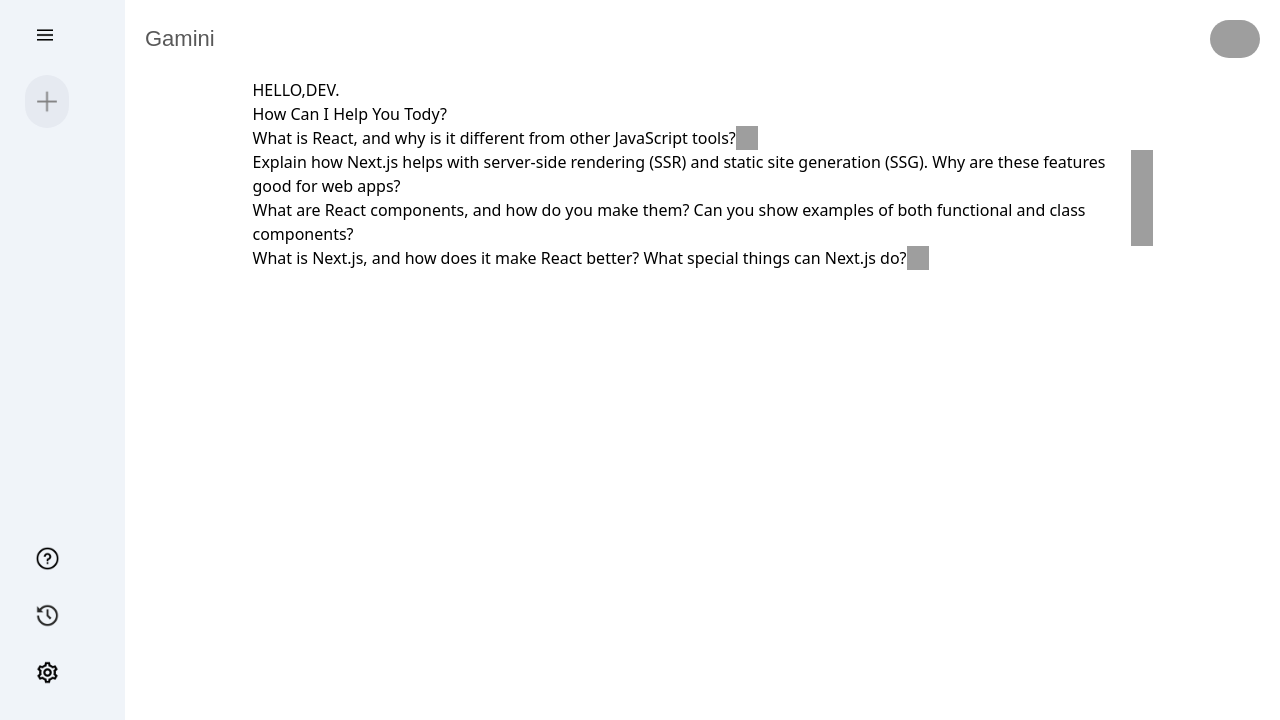
Repository: VilokMasuti/Gamini
Page: / (app in gamini/)
An editor plug-in stored every save of this project. The page is shown before and after the next save, followed by the edit.
The browser window is 1280 px wide. The pictures show the whole page.
Pictures or frames that could not be fetched are drawn as grey boxes. The project was rebuilt for these pictures with package versions that can differ from the ones it lists, and the page was loaded fresh each time. Also part of the build but not shown: gamini/vite.config.js.

Above is the page before, as saved 2024-03-19 11:25:46.

### gamini/src/App.jsx
import Main from "./Components/Main/Main";
import SideBar from "./Components/Sidebar/SideBar";

function App() {
  return (
    <div className=" flex">
      <SideBar />
      <Main />
    </div>
  );
}

export default App;

### gamini/src/index.css
@tailwind base;
@tailwind components;
@tailwind utilities;

@import url("https://fonts.googleapis.com/css2?family=Outfit&display=swap");

/* Define a CSS class for applying the font-family */
.font-outfit {
  font-family: "Outfit", sans-serif; /* Include a fallback font */
}

### gamini/src/Components/Main/Main.jsx
import { assets } from "../../assets/assets";
import "../../index.css";
import { card } from "../../utils";
const Main = () => {
  return (
    <div className=" main flex-1 max-h-[100vh] pb-[15vh] relative">
      <div className=" nav  p-[20px] items-center flex justify-between text-[#585858]  font-outfit ">
        <p className=" text-[22px]">Gamini </p>
        <img
          className=" rounded-full"
          src={assets.user_icon}
          alt="icon"
          width={50}
          height={50}
        />
      </div>
      <div className=" max-w-[900px] m-auto">
        <div className="greet">
          <p>
            <span> HELLO,DEV.</span>{" "}
          </p>
          <p>How Can I Help You Tody? </p>
        </div>

        {card.map(item => (
          <>
            <div key={item} className=" flex">
              <p> {item.p} </p>
              <img src={item.img} alt="img" width={22} height={22} />
            </div>
          </>
        ))}
      </div>
    </div>
  );
};

export default Main;

### gamini/src/Components/Sidebar/SideBar.jsx
import { useState } from "react";
import { assets } from "../../assets/assets";
import "../../index.css";

const SideBar = () => {
  const [extended, setExtended] = useState(false);
  return (
    <main className="  max-md:hidden  sidebar min-h-[100vh]  flex-col justify-between bg-[#f0f4f9] inline-flex p-[25px]   font-outfit ">
      <div className="top">
        <img
          onClick={() => setExtended(pre => !pre)}
          className=" block ml-[10px] cursor-pointer"
          width={20}
          height={21}
          src={assets.menu_icon}
          alt="menu"
        ></img>
        <div className="new-chat mt-[30px] inline-flex items-center gap-10 bg-[#e6eaf1]   rounded-full p-3 font-semibold text-gray-400 cursor-pointer">
          <img src={assets.plus_icon} width={20} height={21} alt="alt" />
          {extended ? <p>New Chat</p> : null}
        </div>
        {extended ? (
          <div className="recent flex flex-col">
            <p className="mt-[30px] mb-[20px]">Recent</p>
            <div className=" flex text-start gap-[10px] p-[10px] pr-[40px] rounded-md  text-[#282828] cursor-pointer hover:bg-[#e2e6eb] duration-1000">
              <img
                className=" rounded-md"
                src={assets.message_icon}
                alt="resct"
                width={20}
                height={21}
              />
              <p> What is react... </p>
            </div>
          </div>
        ) : null}
      </div>
      <div className="bottom  flex flex-col gap-3">
        <div className=" flex gap-3 rounded-md  text-[#282828] cursor-pointer hover:bg-[#e2e6eb] duration-1000  p-[10px] pr-[40px] ">
          <img src={assets.question_icon} width={25} height={25} alt="q" />
          {extended ? <p>Help</p> : null}
        </div>
        <div className=" flex gap-3 rounded-md  text-[#282828] cursor-pointer hover:bg-[#e2e6eb] duration-1000  p-[10px] pr-[40px] ">
          <img src={assets.history_icon} width={25} height={25} alt="q" />
          {extended ? <p>Activity</p> : null}
        </div>
        <div className=" flex gap-3 rounded-md  text-[#282828] cursor-pointer hover:bg-[#e2e6eb] duration-1000  p-[10px] pr-[40px] ">
          <img src={assets.setting_icon} width={25} height={25} alt="q" />
          {extended ? <p>settings</p> : null}
        </div>
      </div>
    </main>
  );
};

export default SideBar;

### gamini/src/assets/assets.js
import history_icon from './history_icon.png'
import menu_icon from './menu_icon.png'
import plus_icon from './plus_icon.png'
import question_icon from './question_icon.png'
import setting_icon from './setting_icon.png'
import bulb_icon from './bulb_icon.png'
import compass_icon from './compass_icon.png'
import gallery_icon from './gallery_icon.png'
import mic_icon from './mic_icon.png'
import user_icon from './user_icon.png'
import youtube_icon from './youtube_icon.png'
import message_icon from './message_icon.png'
import code_icon from './code_icon.png'
import send_icon from './send_icon.png'
import gemini_icon from './gemini_icon.png'

export const assets = {
    history_icon,
    menu_icon,
    plus_icon,
    question_icon,
    setting_icon,
    bulb_icon,
    compass_icon,
    gallery_icon,
    mic_icon,
    user_icon,
    youtube_icon,
    message_icon,
    code_icon,
    send_icon,
    gemini_icon
}

### gamini/src/utils/index.js
export const card = [
  {
    p: "What is React, and why is it different from other JavaScript tools?",
    img: "../assets/compass_icon.png",
  },
  {
    p: "Explain how Next.js helps with server-side rendering (SSR) and static site generation (SSG). Why are these features good for web apps?",
    img: "../assets/compass_icon.png",
  },
  {
    p: "What are React components, and how do you make them? Can you show examples of both functional and class components?",
    img: "../assets/compass_icon.png",
  },
  {
    p: "What is Next.js, and how does it make React better? What special things can Next.js do?",
    img: "../assets/compass_icon.png",
  },
];

Loaded but not shown: gamini/index.html (common file); gamini/src/main.jsx (common file); gamini/tailwind.config.js (common file)

After the next save:
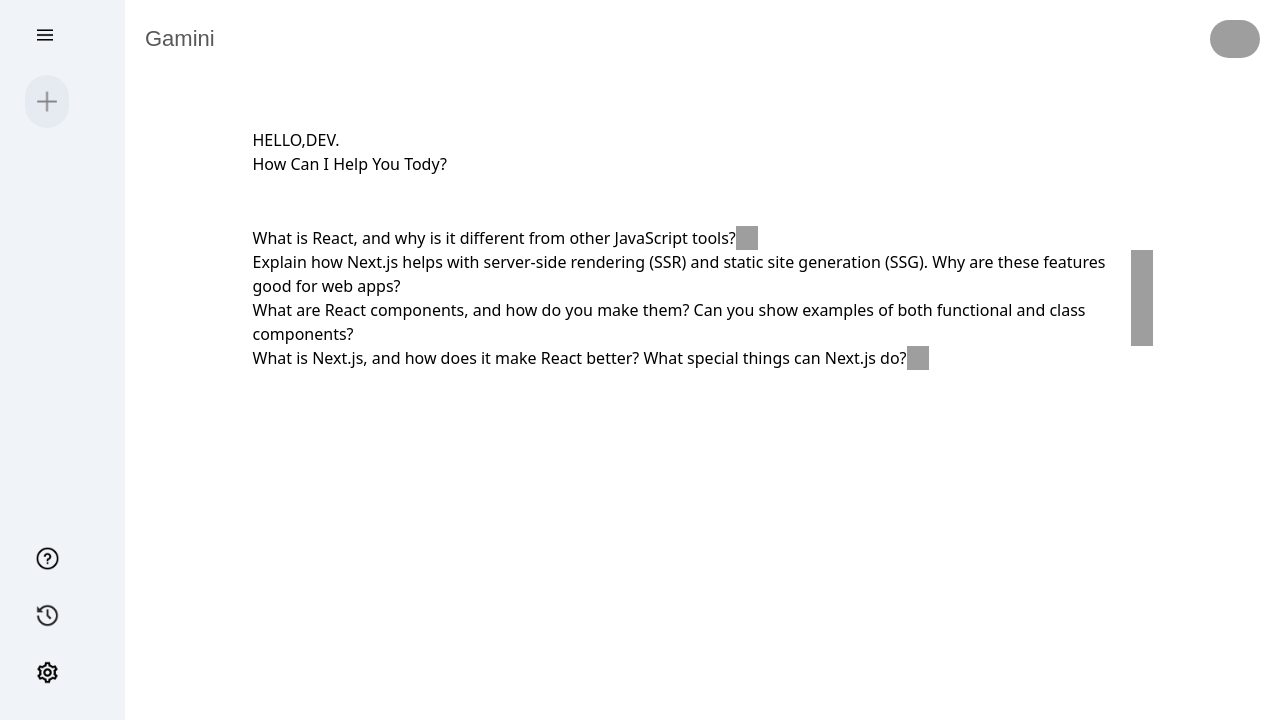
Saved 30 s later.
--- a/gamini/src/Components/Main/Main.jsx
+++ b/gamini/src/Components/Main/Main.jsx
@@ -15,7 +15,7 @@
         />
       </div>
       <div className=" max-w-[900px] m-auto">
-        <div className="greet">
+        <div className="greet mt-[50px] mb-[50px]">
           <p>
             <span> HELLO,DEV.</span>{" "}
           </p>
